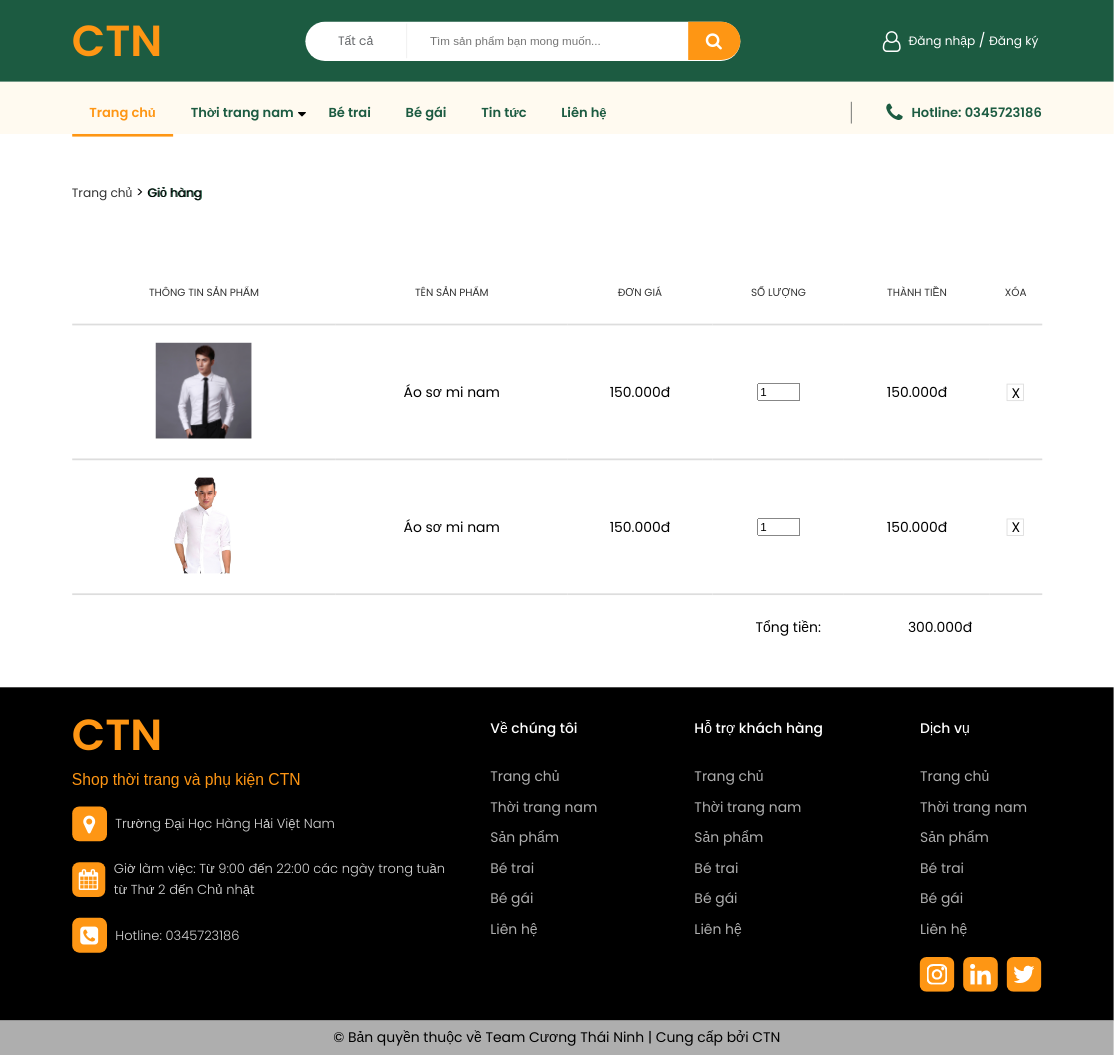
Repository: cuongchua2k2/BaiTapLon-web
Page: cart.html
These files come from the project's save history. The page is drawn as it stood at one moment and after the next save; the edit follows.
The browser window is 1280 px wide. The pictures show the whole page, at 87% of full size.

Above is the page before, as saved 2023-12-23 11:51:42.
Console error: TypeError: Cannot read properties of null (reading 'style')

After the next save:
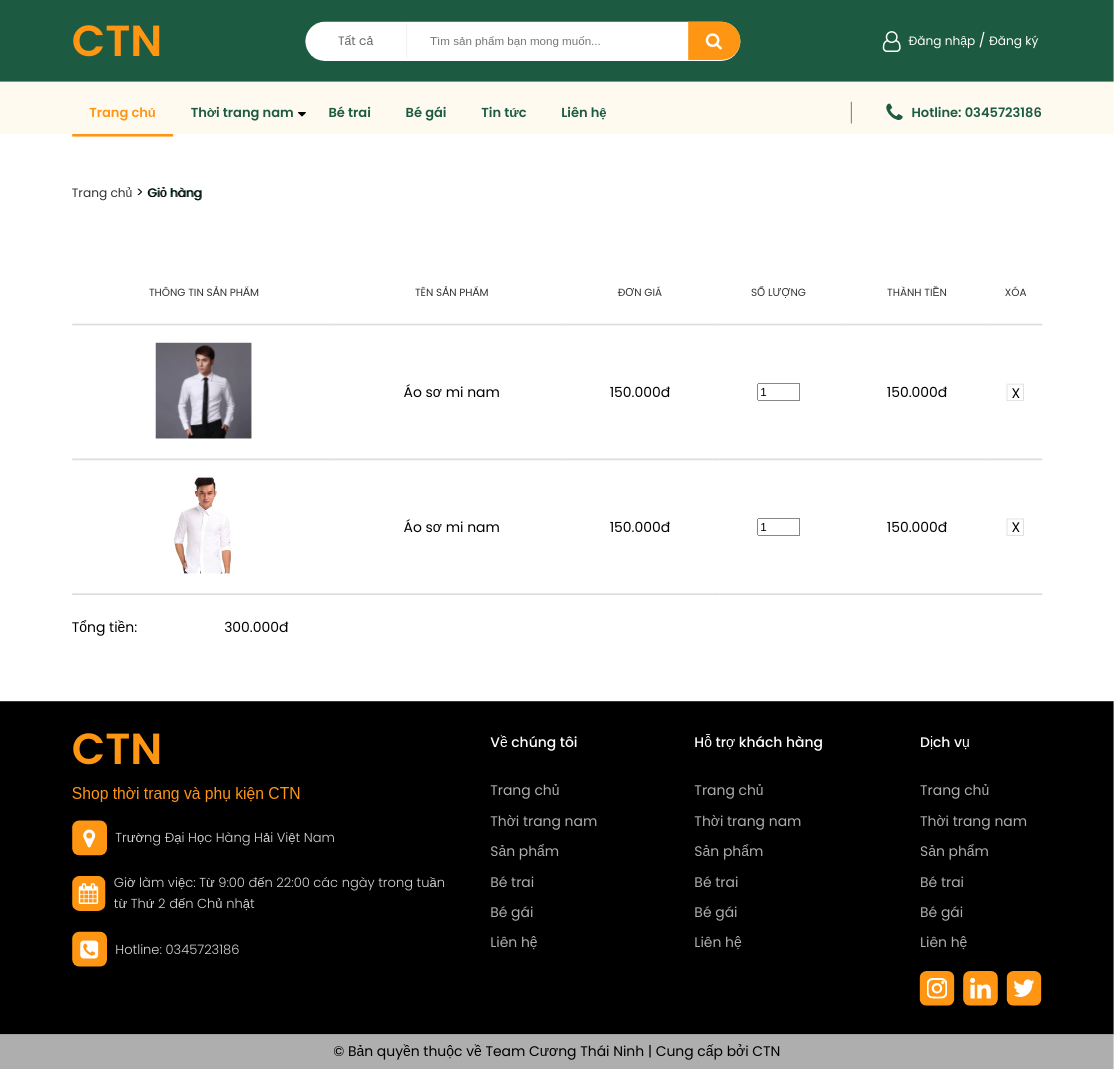
Saved 27 s later.
--- a/assets/css/style.css
+++ b/assets/css/style.css
@@ -783,9 +783,6 @@ label {
 }
 
 .cart__bottom {
-  display: flex;
-  justify-content: flex-end;
-  flex-wrap: wrap;
 }
 
 .cart__bottom > .row {
